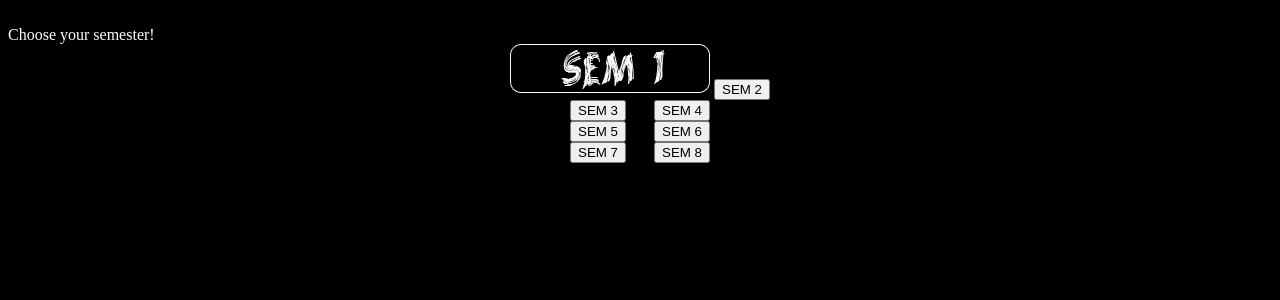
Repository: vigineshs/Mobile-Applications
Page: AnnaUniv GPA Calc/AnnaUniv GPA Calculator Updated/assets/www/reg08.html
An editor plug-in stored every save of this project. The page is shown before and after the next save, followed by the edit.
The browser window is 1280 px wide. The pictures show the whole page.

Above is the page before, as saved 2012-05-05 15:07:19.

### AnnaUniv GPA Calc/AnnaUniv GPA Calculator Updated/assets/www/reg08.html
<!DOCTYPE HTML>
<html>
<head>
<title>PhoneGap</title>
<script type="text/javascript" charset="utf-8" src="/AnnaUniv GPA Calculator/assets/www/cordova-1.7.0.js"></script>

</head>
<body style="background-color:black; color:white" >
<br /> Choose your semester! <br /> <center>
<a href="it08sem1.html" onmouseover="document.cont.src='sem1.png'" onclick="document.cont.src='sem1.png'" onMouseOut="document.cont.src='sem11.png'" ><img src="sem11.png" name="cont" border="0" /></a>
<a href="it08sem2.html"><input type="button" value="SEM 2" /></a><br />
<a href="it08sem3.html"><input type="button" value="SEM 3" /></a>&nbsp;&nbsp;&nbsp;&nbsp;&nbsp;&nbsp;
<a href="it08sem4.html"><input type="button" value="SEM 4" /></a><br />
<a href="it08sem5.html"><input type="button" value="SEM 5" /></a>&nbsp;&nbsp;&nbsp;&nbsp;&nbsp;&nbsp;
<a href="it08sem6.html"><input type="button" value="SEM 6" /></a><br />
<a href="it08sem7.html"><input type="button" value="SEM 7" /></a>&nbsp;&nbsp;&nbsp;&nbsp;&nbsp;&nbsp;
<a href="it08sem8.html"><input type="button" value="SEM 8" /></a><br />
</center>
</body>
</html>

Loaded but not shown: AnnaUniv GPA Calc/AnnaUniv GPA Calculator Updated/assets/www/cordova-1.7.0.js (library)

After the next save:
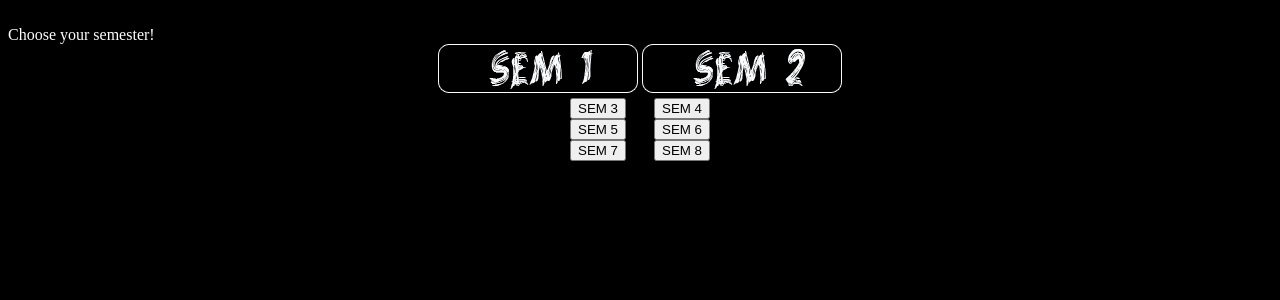
Saved 8 s later.
--- a/AnnaUniv GPA Calc/AnnaUniv GPA Calculator Updated/assets/www/reg08.html
+++ b/AnnaUniv GPA Calc/AnnaUniv GPA Calculator Updated/assets/www/reg08.html
@@ -8,7 +8,7 @@
 <body style="background-color:black; color:white" >
 <br /> Choose your semester! <br /> <center>
 <a href="it08sem1.html" onmouseover="document.cont.src='sem1.png'" onclick="document.cont.src='sem1.png'" onMouseOut="document.cont.src='sem11.png'" ><img src="sem11.png" name="cont" border="0" /></a>
-<a href="it08sem2.html"><input type="button" value="SEM 2" /></a><br />
+<a href="it08sem2.html" onmouseover="document.conta.src='sem2.png'" onclick="document.conta.src='sem2.png'" onMouseOut="document.conta.src='sem21.png'" ><img src="sem21.png" name="conta" border="0" /></a><br />
 <a href="it08sem3.html"><input type="button" value="SEM 3" /></a>&nbsp;&nbsp;&nbsp;&nbsp;&nbsp;&nbsp;
 <a href="it08sem4.html"><input type="button" value="SEM 4" /></a><br />
 <a href="it08sem5.html"><input type="button" value="SEM 5" /></a>&nbsp;&nbsp;&nbsp;&nbsp;&nbsp;&nbsp;
